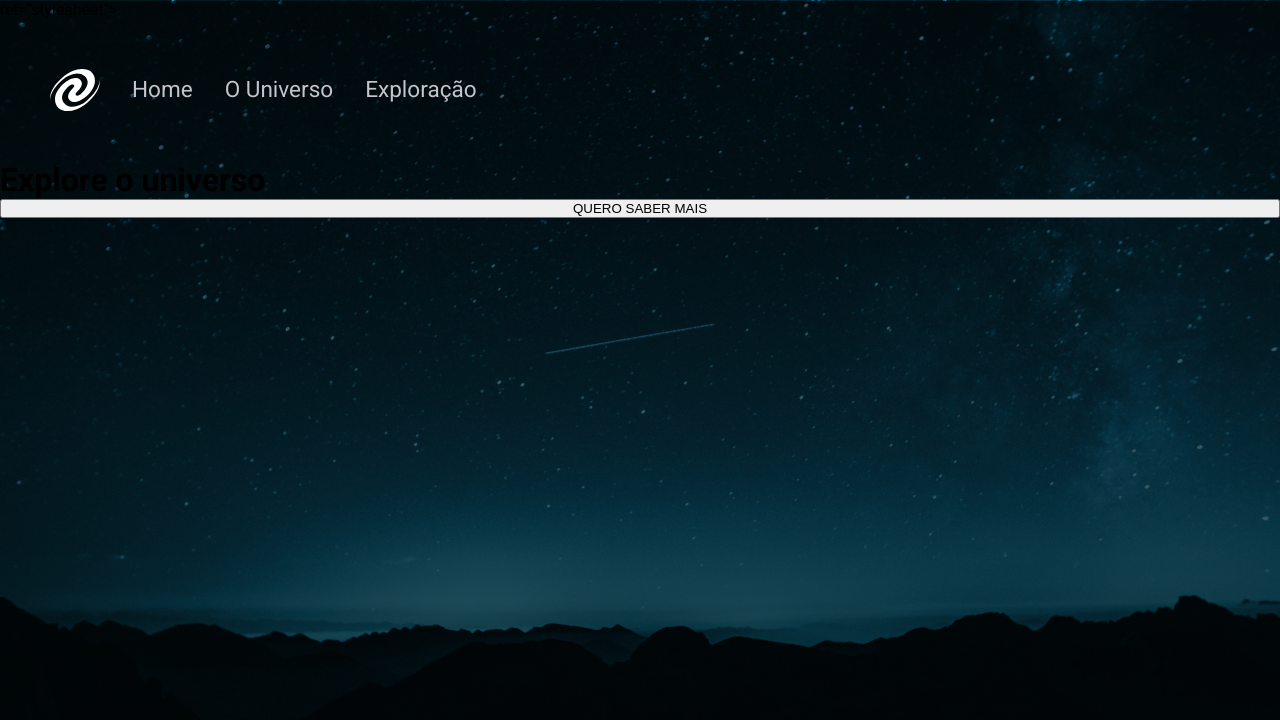
Repository: eltonneiferson/spaUniverse
Page: index.html
The author's editor kept a copy of each file at every save. The page is drawn from the files as they stood at one save, then again after a run of saves.
The browser window is 1280 px wide. The pictures show the whole page.

Above is the page before, as saved 2022-10-26 22:17:42.

### index.html
<!DOCTYPE html>
<html lang="pt-br">

<head>
    <meta charset="UTF-8" />
    <meta http-equiv="X-UA-Compatible" content="IE=edge" />
    <meta name="viewport" content="width=device-width, initial-scale=1.0" />
    <meta name="author" content="Elton Neiferson" />
    <title>Universe</title>

    <link rel="stylesheet" href="stylle.css">
    <link rel="preconnect" href="https://fonts.googleapis.com">
    <link rel="preconnect" href="https://fonts.gstatic.com" crossorigin>
    <link href="https://fonts.googleapis.com/css2?family=Roboto:wght@400;700&display=swap" rel="stylesheet">rel="stylesheet">
</head>

<body>
    <nav>
        <svg width="50" height="42" viewBox="0 0 50 42" fill="none" xmlns="http://www.w3.org/2000/svg">
            <path d="M31.5423 0.00979035C26.1727 0.174742 19.3604 2.47181 12.1375 8.73785C-2.6197 21.4919 0.219149 31.6427 0.219149 31.6427C0.219149 31.6427 -1.31407 22.7633 12.6765 10.655C19.9593 4.35869 28.9789 2.29019 34.5368 6.97206C39.5198 11.1696 38.7771 18.2731 30.3445 25.5381C27.0864 28.1212 23.6007 25.8307 27.0504 22.7633C27.4347 22.4396 27.7717 22.1194 28.0686 21.8047C31.2762 18.6232 33.7461 13.7222 29.9252 10.5036C25.3256 6.46755 17.5038 11.1696 14.054 14.237C3.12987 23.7622 2.8903 33.9231 9.02317 39.4122C13.2395 42.964 24.7506 44.3867 37.5913 33.4085C52.3485 20.6544 49.5097 10.5036 49.5097 10.5036C49.5097 10.5036 51.0429 19.3831 37.0523 31.4914C29.7695 37.7877 20.7499 39.9066 15.192 35.2248C10.209 31.0272 10.9517 23.9237 19.3844 16.6587C22.8341 13.9142 26.3078 16.1643 22.858 19.2317C22.4738 19.5554 22.1368 19.8756 21.8399 20.1903C18.6323 23.3718 16.1624 28.2728 19.9833 31.4914C24.5829 35.5275 32.2131 30.664 35.8545 27.758C46.9703 18.2328 47.0182 8.0719 40.8853 2.5828C39.0407 1.02891 35.7186 -0.118506 31.5423 0.00979035Z" fill="white" />
        </svg>
        <a href="/">Home</a>
        <a href="/universe.html">O Universo</a>
        <a href="/exploration.html">Exploração</a>
    </nav>
    <main>
        <h1>Explore o universo</h1>
        <button>QUERO SABER MAIS</button>
    </main>
</body>

</html>

### stylle.css
* {
    margin: 0;
    padding: 0;
    box-sizing: border-box;
    text-decoration: none;
}

:root {
    --default-font-color: white;
    --font-color-link: #C4C4CC;
    --default-font: 'Roboto', sans-serif;
}

body {
    min-height: 100vh;
    background-image: url(bkg1.png);
    background-position: bottom;
    background-size: cover;
    color: var(--font-color);
    font-family: var(--default-font);
}

nav {
    padding: 50px;
    display: flex;
    gap: 2rem;
    align-items: center;
}

nav a {
    color: var(--font-color-link);
    line-height: 1.37rem;
    font-size: 1.41rem;
}

nav a:hover {
    color: var(--default-font-color);
    font-weight: bold;
}

main {
    display: grid;
    pla
}

After the next 2 saves:
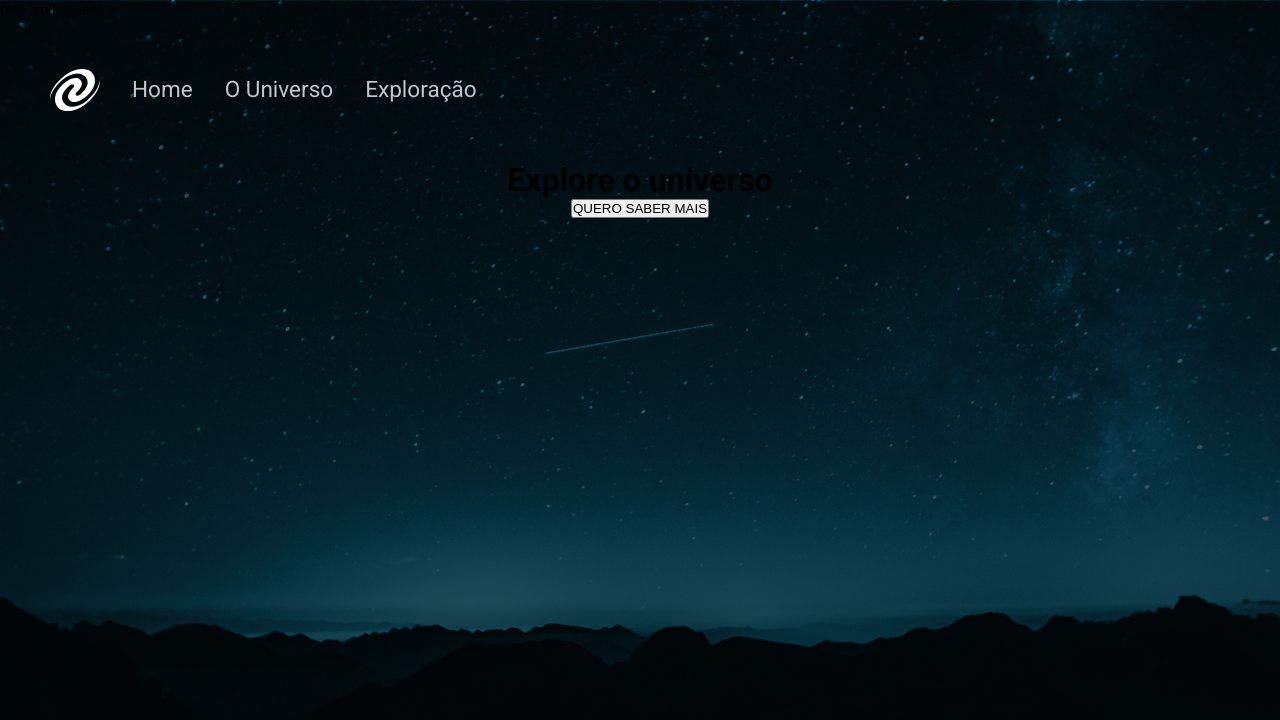
The 2 saves are shown as one change because they came seconds apart.
The last was saved 7 s later.
--- a/stylle.css
+++ b/stylle.css
@@ -40,5 +40,5 @@ nav a:hover {
 
 main {
     display: grid;
-    pla
+    place-items: center;
 }
